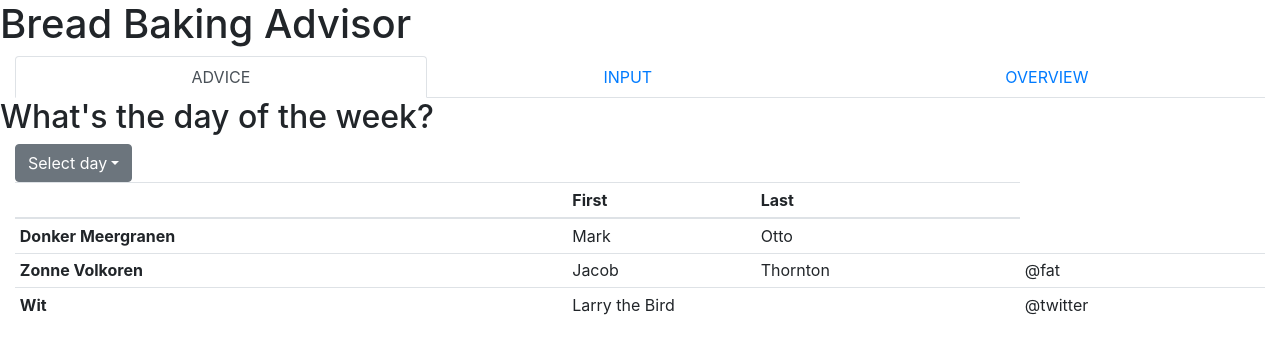
Repository: MarthGimenzo/bread-baking-advisor
Page: index.html
The author's editor kept a record of every edit. The page is drawn from the files as they stood at one moment, then again after the next edit.
The browser window is 1280 px wide. The pictures show the whole page.

Above is the page before.

After the next edit:
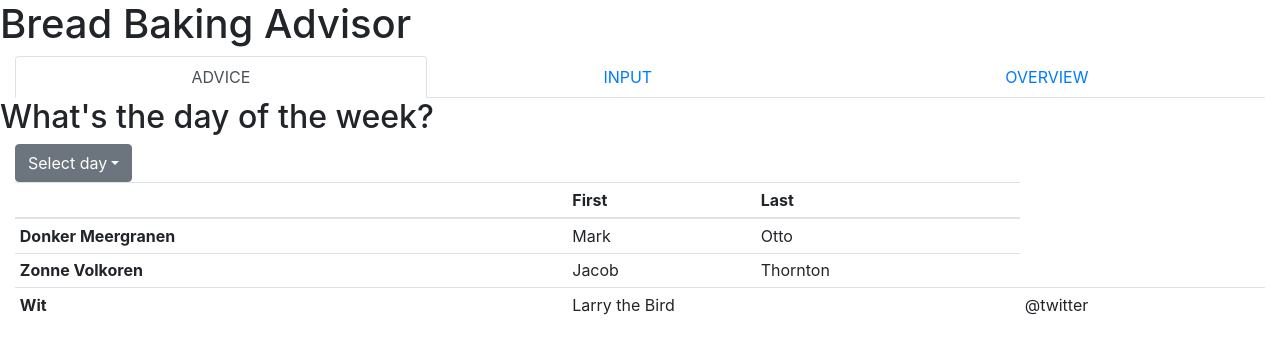
The edit:
--- a/index.html
+++ b/index.html
@@ -63,7 +63,7 @@
       <th scope="row">Zonne Volkoren</th>
       <td>Jacob</td>
       <td>Thornton</td>
-      <td>@fat</td>
+
     </tr>
     <tr>
       <th scope="row">Wit</th>
